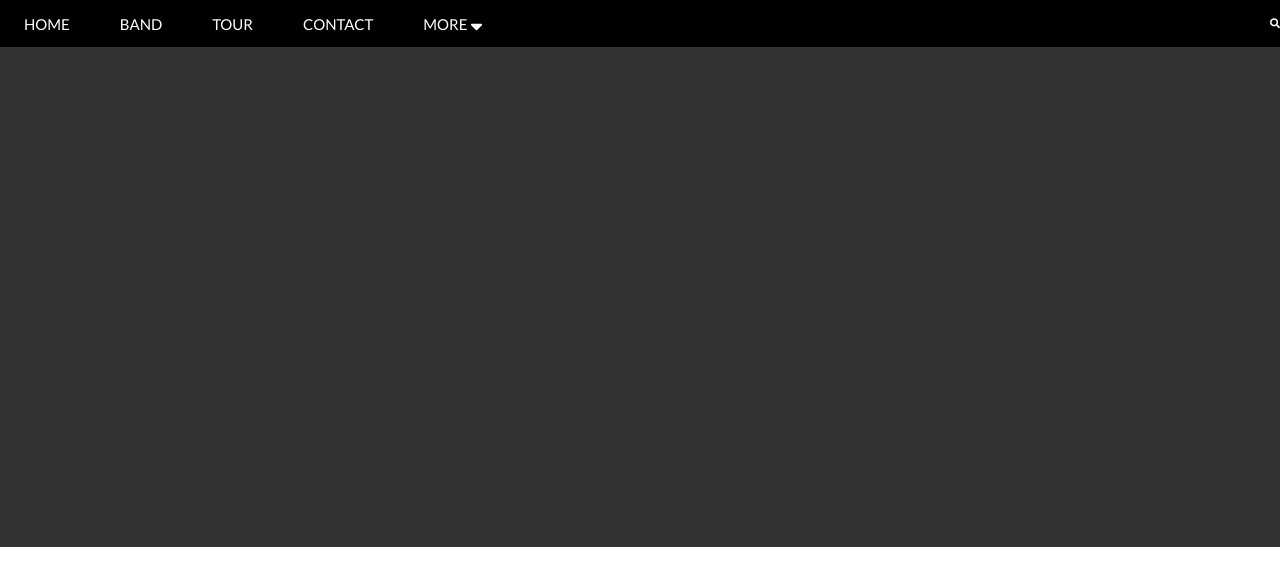
Repository: nguyenthaicong265/w3-band
Page: index.html
The author's editor kept a copy of each file at every save. The page is drawn from the files as they stood at one save, then again after the next save.
The browser window is 1280 px wide. The pictures show the whole page.

Above is the page before, as saved 2021-12-28 11:23:22.

After the next save:
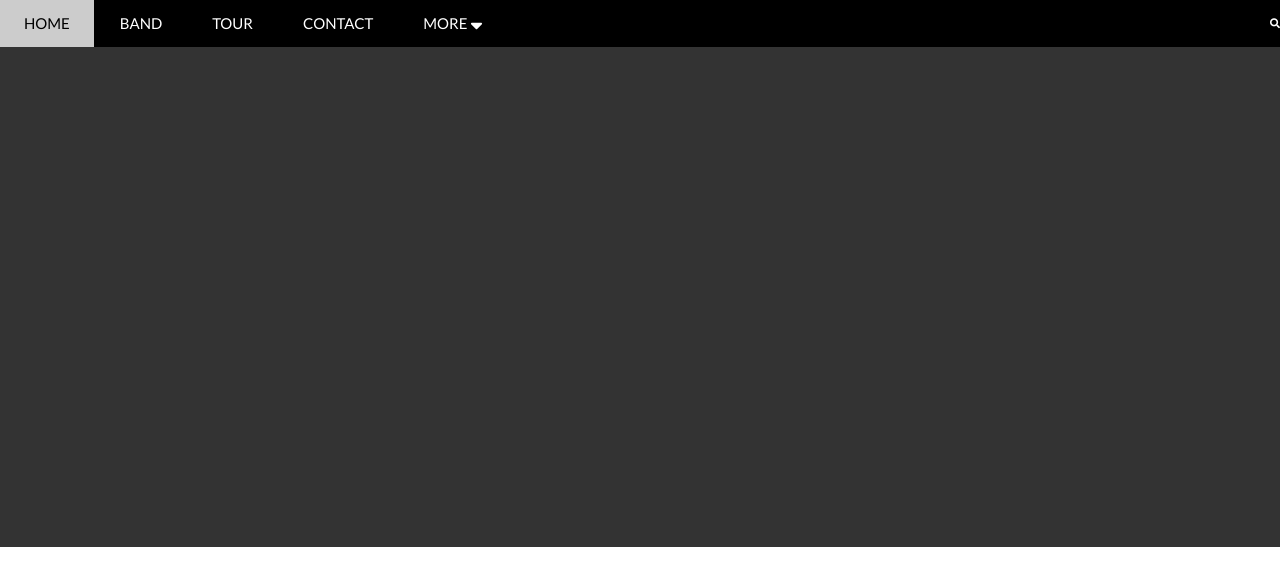
Saved 18 s later.
--- a/assets/css/styles.css
+++ b/assets/css/styles.css
@@ -56,7 +56,7 @@ html {
 }
 
 #nav .fa-sort-down {
-    line-height: 46px;
+    display: inline-block;
     font-size: 20px;
 }
 
